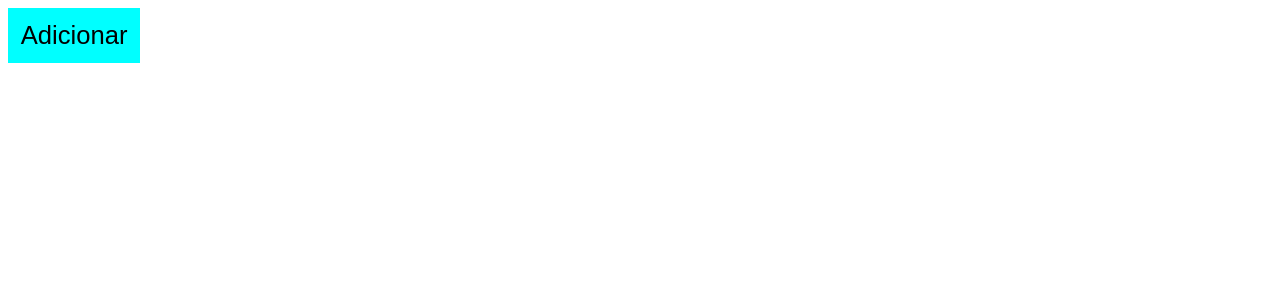
Repository: Orifiel/teste
Page: desafioMod2/desafioJavascript0201.html
An editor plug-in stored every save of this project. The page is shown before and after the next save, followed by the edit.
The browser window is 1280 px wide. The pictures show the whole page.

Above is the page before, as saved 2020-08-12 15:05:30.

### desafioMod2/desafioJavascript0201.html
<!--
1º exercício
Crie um botão que ao ser clicado cria um novo elemento em tela com a forma de um quadrado
vermelho com 100px de altura e largura. Sempre que o botão for clicado um novo quadrado deve
aparecer na tela.
-->
<!DOCTYPE html>
<html lang="en">
<head>
    <meta charset="UTF-8">
    <meta name="viewport" content="width=device-width, initial-scale=1.0">
    <link rel="text" href="./desafioJavascript0201.js">
    <title>Document</title>
</head>
<body>
    <style>

        .button-container .getsquadred {
            font-size: 1.6rem;
            padding: 0.8rem;
            border: 0;
            background-color: aqua;
        }
    </style>
    <div class="button-container">
     <button class="getsquadred" onclick="">Adicionar</button>
    </div>
</body>
</html>

After the next save:
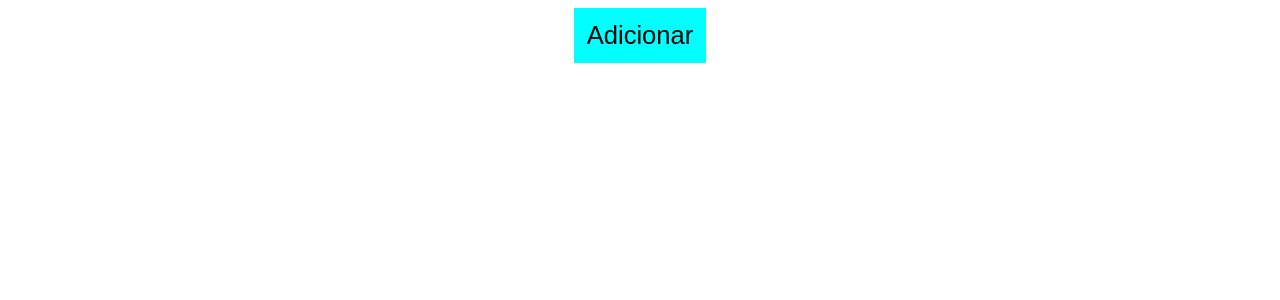
Saved 22 s later.
--- a/desafioMod2/desafioJavascript0201.html
+++ b/desafioMod2/desafioJavascript0201.html
@@ -15,6 +15,11 @@ aparecer na tela.
 <body>
     <style>
 
+        .button-container{
+            display: flex;
+            justify-content: center;
+        }
+
         .button-container .getsquadred {
             font-size: 1.6rem;
             padding: 0.8rem;
